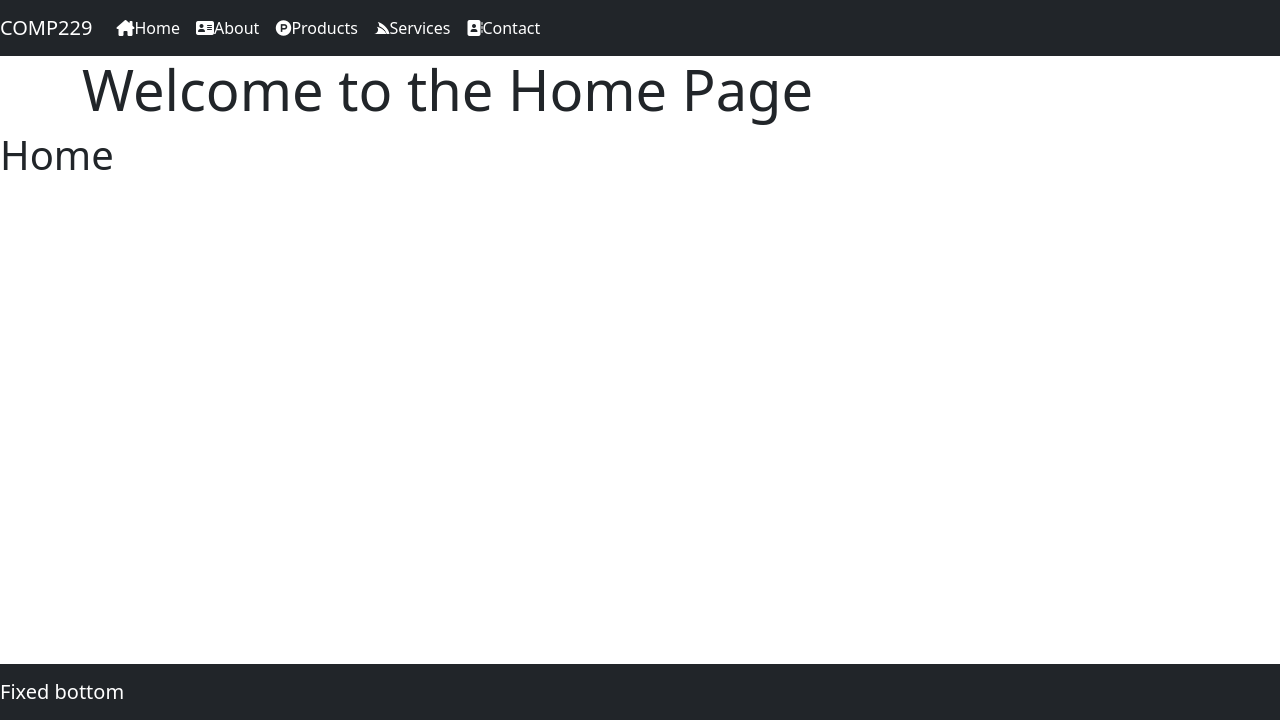
Repository: BlessingAjiboye/WEEK52023W
Page: http://localhost/
These files come from the project's save history. The page is drawn as it stood at one moment and after a run of saves; the edit follows.
The browser window is 1280 px wide. The pictures show the whole page.
The page is served by the project's Node server (server.js).

Above is the page before, as saved 2023-01-26 11:36:25.

After the next 2 saves:
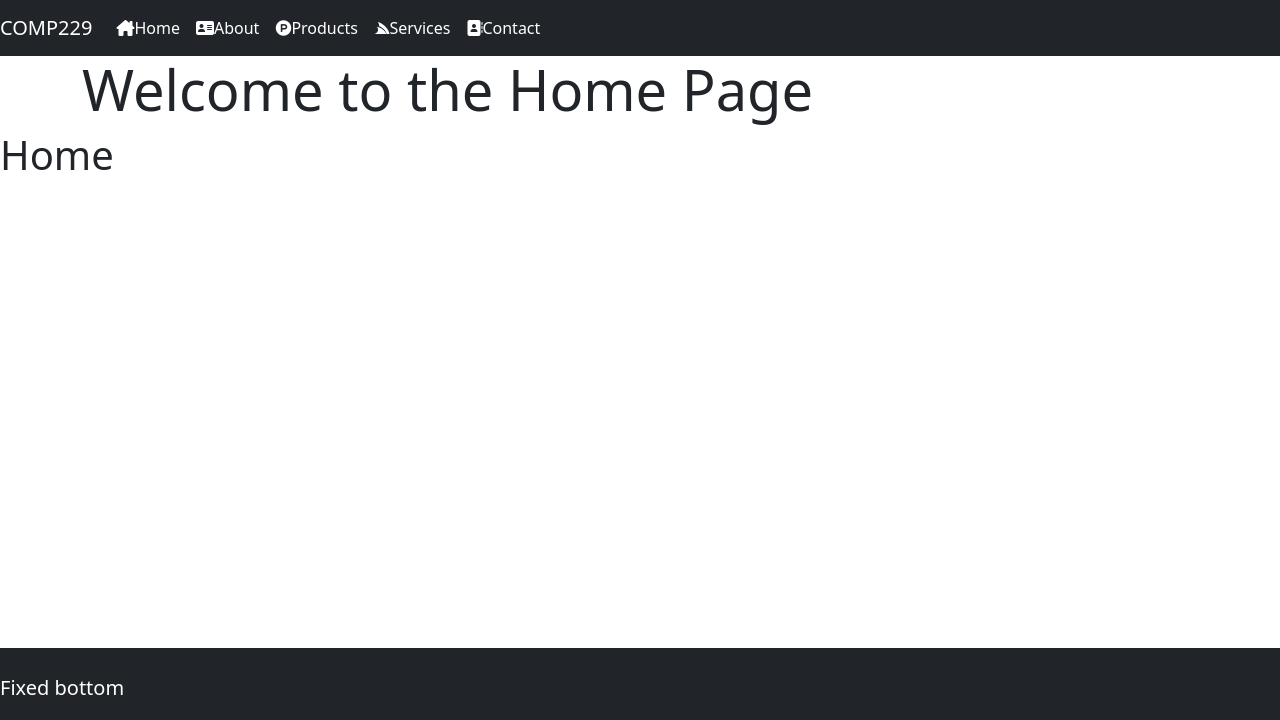
The 2 saves are shown as one change because they came seconds apart.
The last was saved 11 s later.
--- a/views/index.ejs
+++ b/views/index.ejs
@@ -69,7 +69,7 @@
   <footer>
     <nav class="navbar fixed-bottom navbar-dark bg-dark">
   <!--<div class="container-fluid">-->
-
+    <h1>
     <a class="navbar-brand" href="#">Fixed bottom</a>
   </div>
 </nav>
